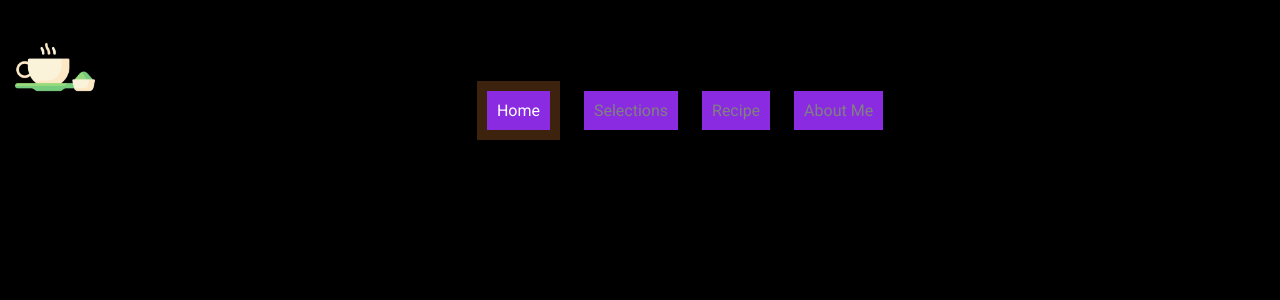
Repository: ericazz17/matchawebsite
Page: main.html
The author's editor kept a copy of each file at every save. The page is drawn from the files as they stood at one save, then again after a run of saves.
The browser window is 1280 px wide. The pictures show the whole page.
The pointer rests on the first visible `.button`.

Above is the page before, as saved 2023-09-19 20:55:44.

After the next 8 saves:
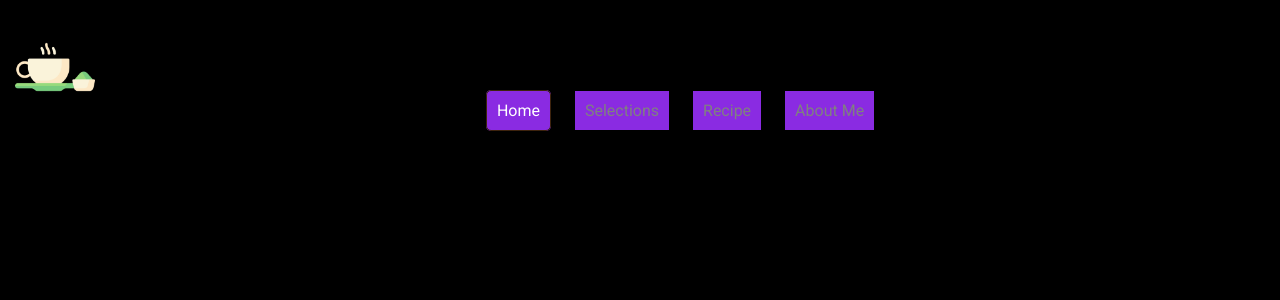
The 8 saves are shown as one change because they came seconds apart.
The last was saved 16 s later.
--- a/header.css
+++ b/header.css
@@ -55,8 +55,9 @@
     /* background-color: aquamarine; */
     color: white;
     border-color: rgb(61, 35, 13);
-    border-width: 10px;
+    border-width: 1px;
     border-style: solid;
+    border-radius: 5px;
 }
 
 /* .header-mid{
